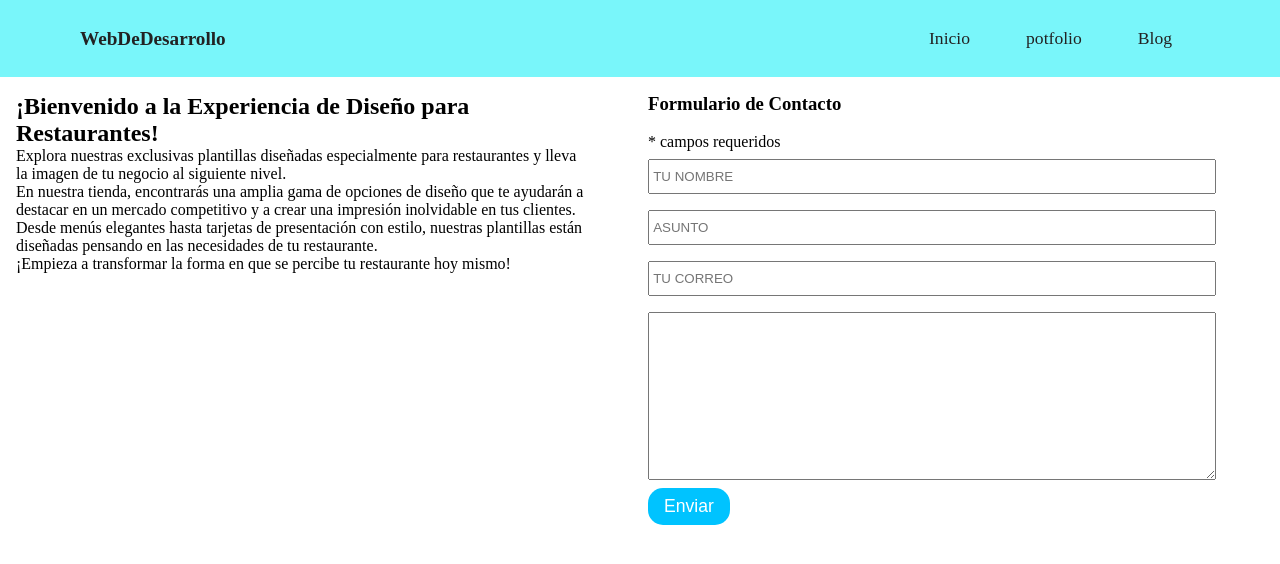
Repository: cega17/pagina-CegaWeb
Page: form.html
An editor plug-in stored every save of this project. The page is shown before and after the next save, followed by the edit.
The browser window is 1280 px wide. The pictures show the whole page.

Above is the page before, as saved 2023-10-06 21:05:47.

After the next save:
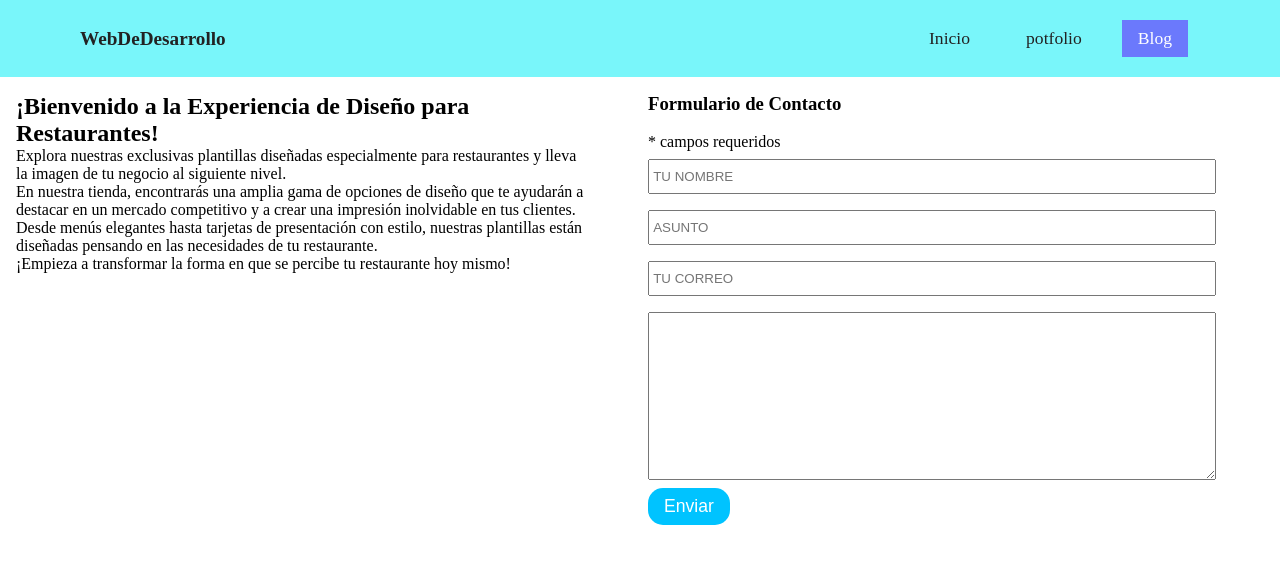
Saved 37 s later.
--- a/form.html
+++ b/form.html
@@ -30,9 +30,9 @@
 
                 <li class="menu-item"><a href="indexPortf.html">potfolio</a></li>
 
-                <li class="menu-item"><a href="/">Blog</a></li>
 
-
+                <li class="menu-item">
+                  <a id="nav-main-contact" href="form.html">Blog</a>
                 </li>
               </ul>
             </nav>
